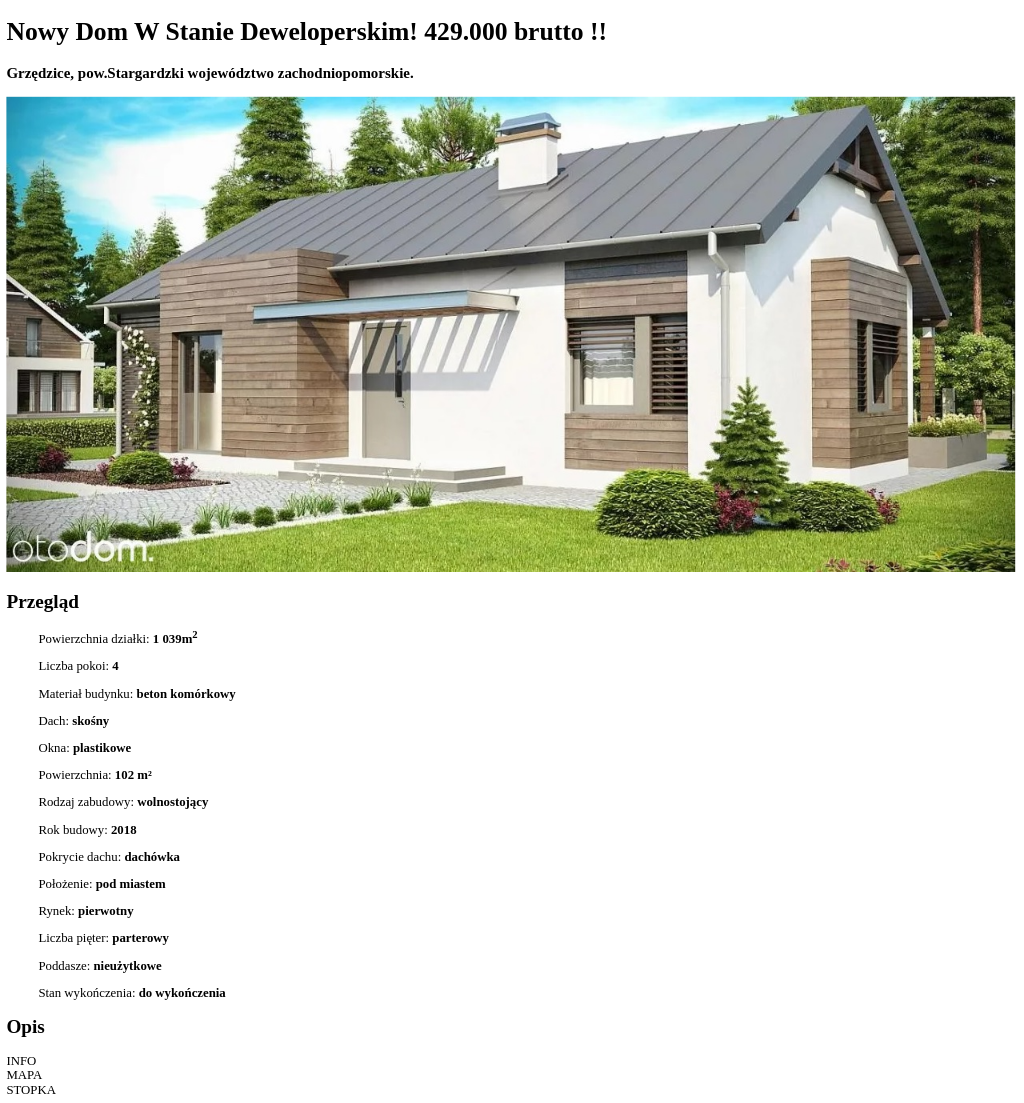
Repository: Slawek88/HomePage
Page: index.html
An editor plug-in stored every save of this project. The page is shown before and after the next save, followed by the edit.
The browser window is 1280 px wide. The pictures show the whole page, at 80% of full size.

Above is the page before, as saved 2019-02-28 13:04:22.

After the next save:
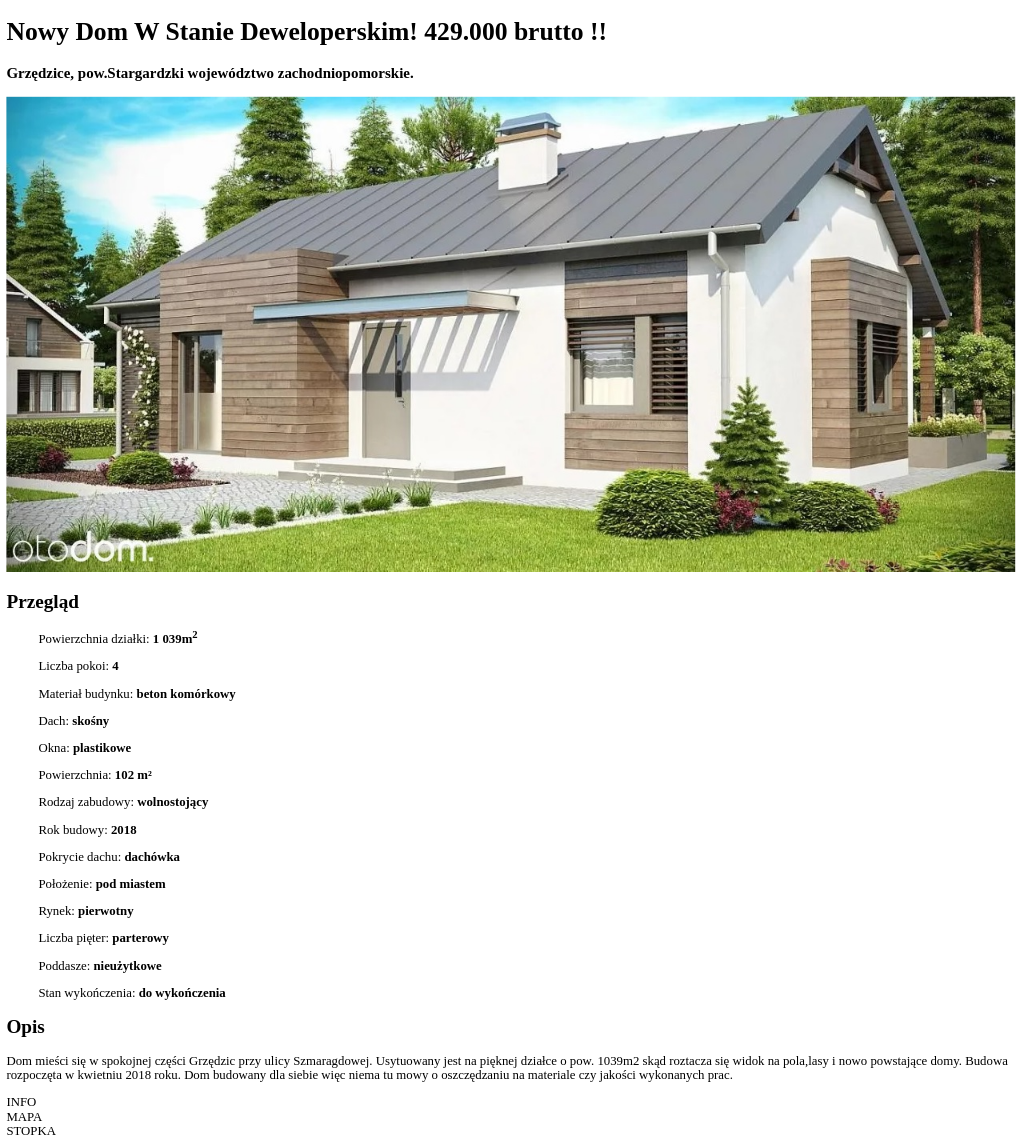
Saved 2 s later.
--- a/index.html
+++ b/index.html
@@ -80,7 +80,10 @@
         </div>
         <div class="grid-item grid-destriction">
           <h2>Opis</h2>
-
+          <p>Dom mieści się w spokojnej części Grzędzic przy ulicy Szmaragdowej.
+            Usytuowany jest na pięknej działce o pow. 1039m2 skąd roztacza się widok na pola,lasy i nowo powstające domy.
+            Budowa rozpoczęta w kwietniu 2018 roku.
+            Dom budowany dla siebie więc niema tu mowy o oszczędzaniu na materiale czy jakości wykonanych prac.</p>
         </div>
         <div class="grid-tem grit-info">
           INFO
